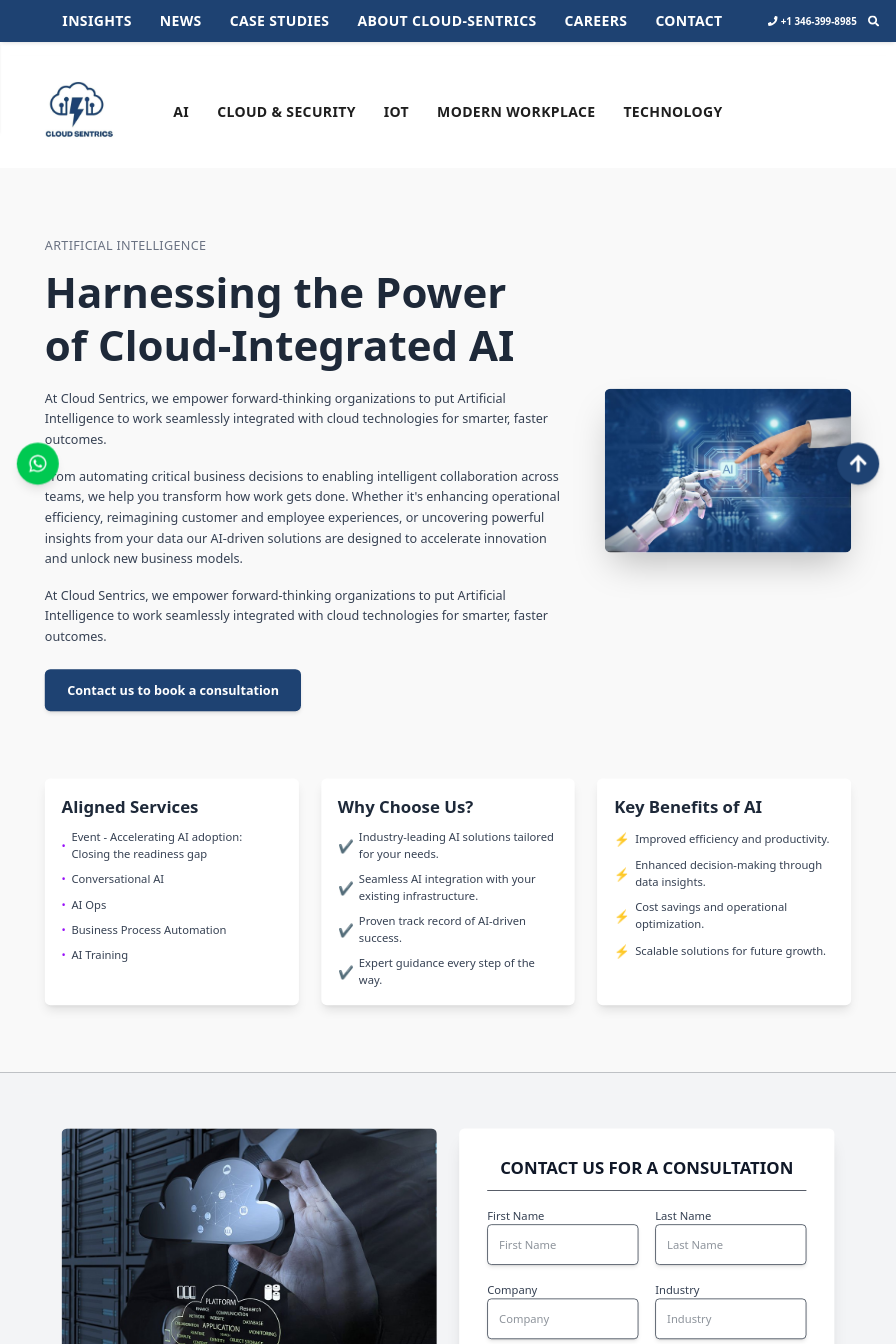
Repository: chykesure/cloudsentrics_
Page: /ai
The author's editor kept a copy of each file at every save. The page is drawn from the files as they stood at one save, then again after a run of saves.
The browser window is 1280 px wide. The pictures show the part of the page from y = 0 to 1920 px (the page is 3869 px tall before and 3840 px after), at 70% of full size.
The page's requests for data from a server got no answer. The project was rebuilt for these pictures with package versions that can differ from the ones it lists, and the page was loaded fresh each time. No one was signed in, and anything a server would have sent is missing. Also part of the build but not shown: vite.config.js, src/pages/Header.jsx, src/pages/Footer.jsx, src/pages/students/Reviews.jsx, src/pages/students/Testimony.jsx, src/pages/students/TestimonyLanding.jsx, src/pages/LandingPage.jsx, src/pages/students/Header.jsx and 41 more.

Above is the page before, as saved 2025-04-09 20:09:56.

### src/index.css
@import "tailwindcss";

@keyframes zoomInOut {
    0% {
        transform: scale(1);
    }
    100% {
        transform: scale(1.1);
    }
}

.zoom-animation {
    animation: zoomInOut 5s infinite alternate ease-in-out;

}

### src/App.jsx
import { BrowserRouter as Router, Routes, Route } from "react-router-dom";
import LandingPage from "./pages/LandingPage";
import StudentPage from "./pages/students/StudentPage";
import AboutUs from "./pages/students/AboutUs/AboutUs";
import "./App.css";
import AWS from "./pages/students/courses/AWS";
import DevSecOps from "./pages/students/courses/DevSecOps";
import AZURE from "./pages/students/courses/AZURE";
import Blogs from "./pages/students/blogs/Blogs";
import EventsPage from "./pages/students/events/EventsPage";
import FloatsButtons from "./pages/FloatsButtons";
import PartnerPage from "./pages/partners/home/PartnerPage";
import Ai from "./pages/partners/menu/ai";
import CloudSecurity from "./pages/partners/menu/cloudsecurity";
import IOT from "./pages/partners/menu/iot";
import Technology from "./pages/partners/menu/technology";
import Workplace from "./pages/partners/menu/workplace";
import InsightMenu from "./pages/partners/main_menu/insight";
import NewsPage from "./pages/partners/main_menu/news";
import CaseStudy from "./pages/partners/main_menu/casestudy";
import AboutCloud from "./pages/partners/main_menu/aboutus";
import Careers from "./pages/partners/main_menu/careers";
import ContactUs from "./pages/partners/main_menu/contact";

function App() {
  return (
    <Router>
      <div className="flex flex-col min-h-screen">
        {/* Floating Buttons will always be visible */}
        <FloatsButtons />

        <div className="flex-grow pt-20"> {/* Adjust padding-top based on header height */}
          <Routes>

            {/* Student Section */}
            <Route path="/" element={<LandingPage />} />
            <Route path="/StudentPage" element={<StudentPage />} />
            <Route path="/about" element={<AboutUs />} />
            <Route path="/courses/AWS" element={<AWS />} />
            <Route path="/courses/Azure" element={<AZURE />} />
            <Route path="/courses/DevSecOps" element={<DevSecOps />} />
            <Route path="/blog" element={<Blogs />} />
            <Route path="/events" element={<EventsPage />} />

            {/* The Partner Section */}
            <Route path="/PartnerPage" element={<PartnerPage />} />
            <Route path="/ai" element={<Ai />} />
            <Route path="/cloud-security" element={<CloudSecurity />} />
            <Route path="/iot" element={<IOT />} />
            <Route path="/technology" element={<Technology />} />
            <Route path="/modern-workplace" element={<Workplace />} />
            <Route path="/insights" element={<InsightMenu />} />
            <Route path="/news" element={<NewsPage />} />
            <Route path="/case-studies" element={<CaseStudy />} />
            <Route path="/about-cloudsentrics" element={<AboutCloud />} />
            <Route path="/careers" element={<Careers />} />
            <Route path="/contact" element={<ContactUs />} />
          </Routes>
        </div>
      </div>
    </Router>
  );
}

export default App;

### src/pages/FloatsButtons.jsx
import { FaWhatsapp, FaArrowUp } from "react-icons/fa";
import { motion } from "framer-motion";

const FloatsButtons = () => {
    const scrollToTop = () => {
        window.scrollTo({ top: 0, behavior: "smooth" });
    };

    return (
        <>
            {/* Floating WhatsApp Button (Left) */}
            <motion.a
                href="https://wa.me/message/62QVNSESZ56FC1"
                target="_blank"
                rel="noopener noreferrer"
                className="fixed bottom-6 left-6 bg-green-500 text-white p-4 rounded-full shadow-lg flex items-center justify-center z-50"
                title="Chat with us on WhatsApp"
                animate={{ y: [0, -10, 0] }}
                transition={{ duration: 1.5, repeat: Infinity, repeatType: "reverse", ease: "easeInOut" }}
                whileHover={{ scale: 1.2 }}
            >
                <FaWhatsapp size={28} />
            </motion.a>

            {/* Floating Back to Top Button (Right) */}
            <motion.button
                onClick={scrollToTop}
                className="fixed bottom-6 right-6 bg-[#1e4272] text-white p-4 rounded-full shadow-lg flex items-center justify-center z-50"
                title="Back to Top"
                animate={{ y: [0, -10, 0] }}
                transition={{ duration: 1.5, repeat: Infinity, repeatType: "reverse", ease: "easeInOut" }}
                whileHover={{ scale: 1.2 }}
            >
                <FaArrowUp size={28} />
            </motion.button>
        </>
    );
};

export default FloatsButtons;

### src/pages/partners/menu/ai.jsx
import React from "react";
import Header from "../Header";
import { motion } from "framer-motion";
import { Link } from "react-router-dom";
import FormsPage from "./forms";
import RelatedServices from "./services";
import Footer from "../home/Footer";

const logo = "/assets/logo.jpg";
const aibg = "/assets/ai.jpg";

const Ai = () => {
    return (
        <div className="min-h-screen bg-[#0d1b2a] text-white">
            {/* Header Section */}
            <div className="flex justify-center px-6 md:px-12 py-6 bg-white shadow-lg w-full h-28 md:h-32 lg:h-40">
                <div className="flex items-center justify-between w-full max-w-[1200px] mx-auto h-full">

                    {/* Left: Logo and Branding - Fully Left-Aligned */}
                    <div className="absolute left-0 flex items-center w-auto h-full">
                        <Link to="/PartnerPage">
                            <img
                                src={logo}
                                alt="Cloudsentrics Logo"
                                className="h-20 md:h-28 lg:h-34 w-auto ml-9 transition-all duration-300"
                            />
                        </Link>
                    </div>

                    {/* Right: Navigation Menu - Centered */}
                    <motion.div
                        className="hidden md:flex flex-grow justify-center items-center space-x-6 lg:space-x-10 text-lg md:text-xl font-bold text-[#1e1e1e] tracking-wide h-full"
                        initial={{ opacity: 0, y: -10 }}
                        animate={{ opacity: 1, y: 0 }}
                        transition={{ duration: 0.6, ease: "easeOut" }}
                    >
                        {[
                            { label: "AI", path: "/ai" },
                            { label: "CLOUD & SECURITY", path: "/cloud-security" },
                            { label: "IOT", path: "/iot" },
                            { label: "MODERN WORKPLACE", path: "/modern-workplace" },
                            { label: "TECHNOLOGY", path: "/technology" }
                        ].map((item, index) => (
                            <Link key={index} to={item.path}>
                                <motion.span
                                    className="cursor-pointer transition-all duration-300 hover:text-blue-600 hover:scale-105 whitespace-nowrap"
                                    whileHover={{ scale: 1.1 }}
                                >
                                    {item.label}
                                </motion.span>
                            </Link>
                        ))}
                    </motion.div>

                </div>
            </div>



            <Header />

            {/* AI Section */}
            <section className="bg-[#f9f9f9] px-6 md:px-16 py-16 lg:py-24 grid grid-cols-1 lg:grid-cols-3 gap-12">
                {/* Left Text Content */}
                <div className="lg:col-span-2 animate__animated animate__fadeIn flex-shrink-0 space-y-6">
                    {/* Heading Section */}
                    <div className="text-center lg:text-left">
                        <h3 className="text-lg font-medium text-gray-500 uppercase tracking-wide">Artificial Intelligence</h3>
                        <h1 className="text-4xl md:text-5xl lg:text-6xl font-bold leading-tight mt-4 text-gray-800">
                            Harnessing the Power <br />  of Cloud-Integrated AI
                        </h1>
                    </div>

                    {/* Paragraph Content */}
                    <p className="text-lg text-gray-700 mt-6 leading-relaxed">
                        At Cloud Sentrics, we empower forward-thinking organizations to put Artificial Intelligence to work seamlessly integrated with cloud technologies for smarter, faster outcomes.
                    </p>
                    <p className="text-lg text-gray-700 mt-6 leading-relaxed">
                    From automating critical business decisions to enabling intelligent collaboration across teams, we help you transform how work gets done. Whether it's enhancing operational efficiency, reimagining customer and employee experiences, or uncovering powerful insights from your data our AI-driven solutions are designed to accelerate innovation and unlock new business models.
                    </p>
                    <p className="text-lg text-gray-700 mt-6 leading-relaxed">
                        At Cloud Sentrics, we empower forward-thinking organizations to put Artificial Intelligence to work seamlessly integrated with cloud technologies for smarter, faster outcomes.
                    </p>

                    {/* Call to Action Button */}
                    <div className="flex justify-center lg:justify-start mt-8">
                        <a
                            href="#"
                            className="bg-[#1e4272] text-white text-center py-4 px-8 rounded-lg font-semibold text-lg shadow-md hover:bg-purple-800 hover:scale-105 transition duration-300 ease-in-out transform hover:translate-y-1 w-full md:w-auto"
                        >
                            Contact us to book a consultation
                        </a>
                    </div>
                </div>


                {/* Right AI Image */}
                <div className="lg:col-span-1 flex justify-center items-center flex-shrink-0">
                    <motion.img
                        src={aibg}
                        alt="AI Representation"
                        className="w-full max-w-lg rounded-lg shadow-2xl"
                        animate={{ y: [0, -10, 0] }}
                        transition={{ duration: 1.5, repeat: Infinity, ease: "easeInOut" }}
                    />
                </div>

                {/* Bottom Section */}
                <div className="lg:col-span-3 flex flex-col gap-6 w-full">

                    {/* Grid Content */}
                    <div className="grid grid-cols-1 md:grid-cols-2 lg:grid-cols-3 gap-8 mt-12 w-full">
                        {/* Aligned Services */}
                        <div className="bg-white p-6 rounded-lg shadow-lg border-gray-200 hover:scale-105 hover:shadow-xl flex-shrink-0 w-full">
                            <h4 className="text-2xl font-semibold text-gray-800">Aligned Services</h4>
                            <ul className="mt-4 space-y-3 text-gray-700">
                                {[
                                    "Event - Accelerating AI adoption: Closing the readiness gap",
                                    "Conversational AI",
                                    "AI Ops",
                                    "Business Process Automation",
                                    "AI Training"
                                ].map((service, index) => (
                                    <li key={index} className="flex items-center space-x-2">
                                        <span className="text-purple-600">•</span>
                                        <span>{service}</span>
                                    </li>
                                ))}
                            </ul>
                        </div>

                        {/* Why Choose Us? */}
                        <div className="bg-white p-6 rounded-lg shadow-lg border-gray-200 hover:scale-105 hover:shadow-xl flex-shrink-0 w-full">
                            <h4 className="text-2xl font-semibold text-gray-800">Why Choose Us?</h4>
                            <ul className="mt-4 space-y-3 text-gray-700">
                                {[
                                    "Industry-leading AI solutions tailored for your needs.",
                                    "Seamless AI integration with your existing infrastructure.",
                                    "Proven track record of AI-driven success.",
                                    "Expert guidance every step of the way."
                                ].map((reason, index) => (
                                    <li key={index} className="flex items-center space-x-2">
                                        <span className="text-green-600 text-lg">✔</span>
                                        <span>{reason}</span>
                                    </li>
                                ))}
                            </ul>
                        </div>

                        {/* Key Benefits of AI */}
                        <div className="bg-white p-6 rounded-lg shadow-lg border-gray-200 hover:scale-105 hover:shadow-xl flex-shrink-0 w-full">
                            <h4 className="text-2xl font-semibold text-gray-800">Key Benefits of AI</h4>
                            <ul className="mt-4 space-y-3 text-gray-700">
                                {[
                                    "Improved efficiency and productivity.",
                                    "Enhanced decision-making through data insights.",
                                    "Cost savings and operational optimization.",
                                    "Scalable solutions for future growth."
                                ].map((benefit, index) => (
                                    <li key={index} className="flex items-center space-x-2">
                                        <span className="text-blue-600 text-lg">⚡</span>
                                        <span>{benefit}</span>
                                    </li>
                                ))}
                            </ul>
                        </div>
                    </div>
                </div>
            </section>

            <section className="px-4 sm:px-6 md:px-6 lg:px-8 py-8 bg-gray-100">
                <FormsPage />
            </section>

            <section className="px-4 sm:px-6 md:px-6 lg:px-8 py-8 bg-gray-100">
                <RelatedServices />
            </section>

            {/* Footer Section */}
            <section className="px-0 sm:px-0 md:px-0 lg:px-0 py-8 bg-gray-100 w-full">
                <Footer />
            </section>

        </div>
    );
};

export default Ai;

### src/pages/partners/home/Footer.jsx
import React from 'react';
import { FaLinkedin, FaXTwitter, FaInstagram } from 'react-icons/fa6';
import { Link } from 'react-router-dom';

function Footer() {
    return (
        <footer className="bg-white text-black py-6 border-t border-gray-300 text-sm w-full">
            <div className="w-full px-6 lg:px-12">
                {/* Main Footer Section */}
                <div className="flex flex-col md:flex-row justify-between items-center text-center md:text-left">
                    <h3 className="font-bold text-lg text-blue-900">Powering Cloud-Integrated Digital Transformation</h3>

                    {/* Social Icons */}
                    <div className="flex space-x-4 mt-4 md:mt-0">
                        <a href="https://www.linkedin.com/posts/cloud-sentrics_cloud-sentrics-linkedin-activity-7291379079860117505-ve54?utm_source=share&utm_medium=member_android" target="_blank" rel="noopener noreferrer" className="text-gray-600 hover:text-black">
                            <FaLinkedin size={20} />
                        </a>
                        <a href="https://x.com/CloudSentrics" target="_blank" rel="noopener noreferrer" className="text-gray-600 hover:text-black">
                            <FaXTwitter size={20} />
                        </a>
                        <a href="https://www.instagram.com/cloudsentrics/" target="_blank" rel="noopener noreferrer" className="text-gray-600 hover:text-black">
                            <FaInstagram size={20} />
                        </a>
                    </div>
                </div>

                {/* Footer Links */}
                <div className="mt-4 text-center md:text-left">
                    <p>© {new Date().getFullYear()} All rights reserved |
                        <Link to="#" className="ml-2 hover:text-blue-600">Privacy Notice</Link> |
                        <Link to="#" className="ml-2 hover:text-blue-600">Terms & Conditions</Link> |
                        <Link to="#" className="ml-2 hover:text-blue-600">Website T&Cs</Link> |
                        <Link to="#" className="ml-2 hover:text-blue-600">Cookies Policy</Link> |
                        <Link to="#" className="ml-2 hover:text-blue-600">Anti-Slavery Policy</Link> |
                        <Link to="#" className="ml-2 hover:text-blue-600">Sitemap</Link> |
                        <Link to="#" className="ml-2 hover:text-blue-600">Learn more</Link>
                    </p>
                </div>
            </div>
        </footer>
    );
}

export default Footer;

### src/pages/partners/menu/services.jsx
import React from "react";
import { motion } from "framer-motion";

const ai_trainning = "/assets/ai_trainning.jpg";
const ai_conversation = "/assets/ai_conversation.jpg";
const ai_ops = "/assets/ai_ops.jpg";
const bpa = "/assets/bpa.jpg";

const RelatedServices = () => {
    const services = [
        {
            title: "Conversational AI",
            description:
                "Boost engagement and productivity with a next generation customer experience",
            image: ai_conversation,
        },
        {
            title: "AI Ops",
            description:
                "Ensure resilience and prevent and resolve incidents with AIOps",
            image: ai_ops,
        },
        {
            title: "Business Process Automation",
            description:
                "Accelerate how work gets done and amplify digital efficiencies",
            image: bpa,
        },
        {
            title: "AI Training",
            description:
                "Discover the true business value of artificial intelligence",
            image: ai_trainning,
        },
    ];

    return (
        <section className="py-12 bg-gray-100">
            <div className="container mx-auto px-6 text-center">
                <h2 className="text-3xl font-bold text-gray-900 mb-6">
                    Related Services
                </h2>
                <div className="w-16 h-1 bg-blue-600 mx-auto mb-8"></div>
                <div className="grid grid-cols-1 md:grid-cols-2 lg:grid-cols-4 gap-8">
                    {services.map((service, index) => (
                        <motion.div
                            key={index}
                            className="relative bg-white rounded-lg shadow-lg overflow-hidden min-h-[400px]"
                            whileHover={{ scale: 1.05, y: -5 }}
                            transition={{ type: "spring", stiffness: 200, damping: 10 }}
                        >
                            <img
                                src={service.image}
                                alt={service.title}
                                className="w-full h-64 md:h-80 object-cover"
                            />
                            <div className="p-6">
                                <h3 className="text-xl font-semibold text-gray-800 mb-2">
                                    {service.title}
                                </h3>
                                <p className="text-gray-600">{service.description}</p>
                            </div>
                        </motion.div>
                    ))}
                </div>
            </div>
        </section>
    );
};

export default RelatedServices;

Loaded but not shown: index.html (common file); src/main.jsx (common file); src/pages/students/AboutUs/AboutUs.jsx (399 lines, source omitted); src/pages/partners/menu/forms.jsx (209 lines, source omitted); src/pages/partners/Header.jsx (114 lines, source omitted)

After the next 2 saves:
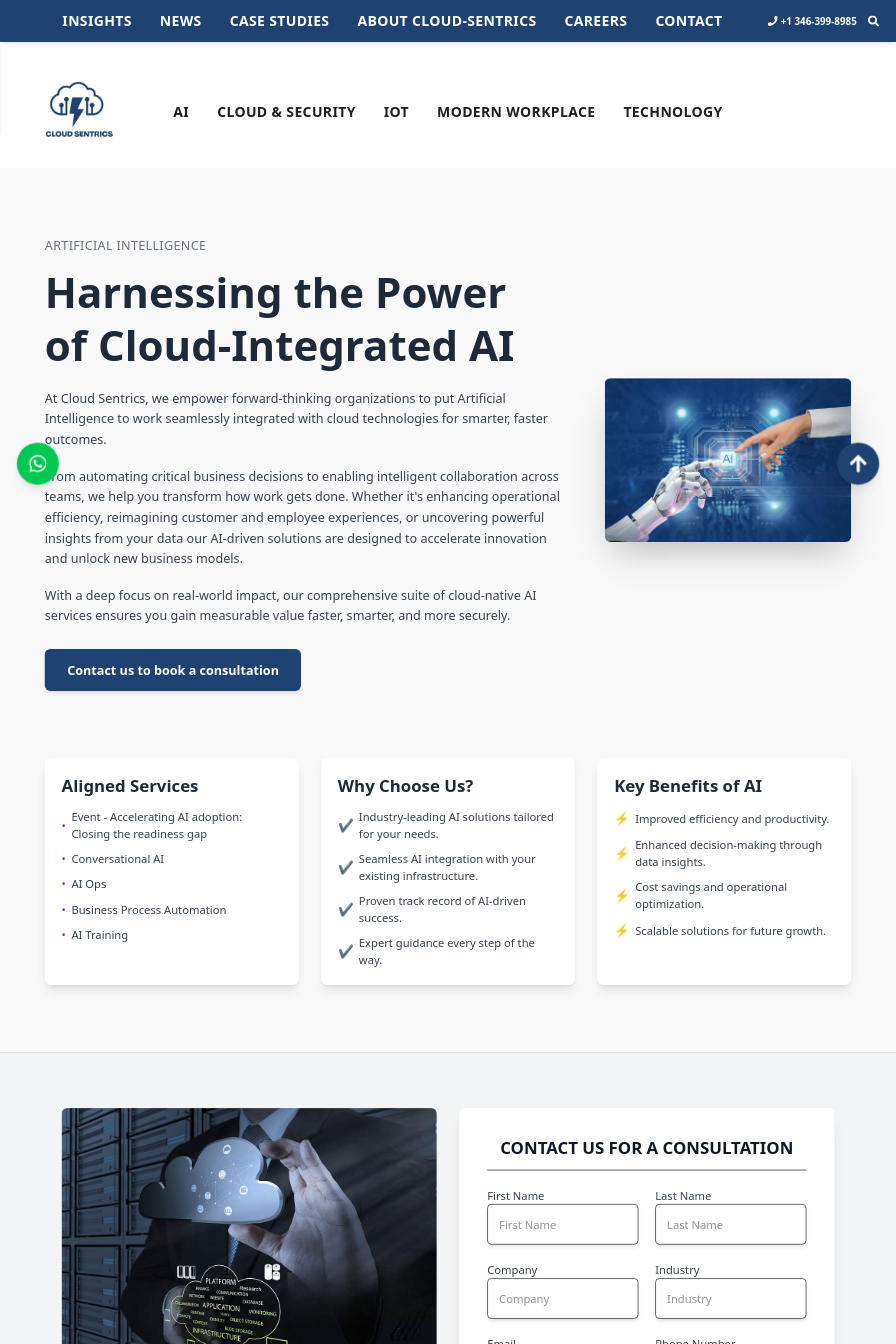
The 2 saves are shown as one change because they came seconds apart.
The last was saved 14 s later.
--- a/src/pages/partners/menu/ai.jsx
+++ b/src/pages/partners/menu/ai.jsx
@@ -79,7 +79,7 @@
                     From automating critical business decisions to enabling intelligent collaboration across teams, we help you transform how work gets done. Whether it's enhancing operational efficiency, reimagining customer and employee experiences, or uncovering powerful insights from your data our AI-driven solutions are designed to accelerate innovation and unlock new business models.
                     </p>
                     <p className="text-lg text-gray-700 mt-6 leading-relaxed">
-                        At Cloud Sentrics, we empower forward-thinking organizations to put Artificial Intelligence to work seamlessly integrated with cloud technologies for smarter, faster outcomes.
+                    With a deep focus on real-world impact, our comprehensive suite of cloud-native AI services ensures you gain measurable value faster, smarter, and more securely.
                     </p>
 
                     {/* Call to Action Button */}
